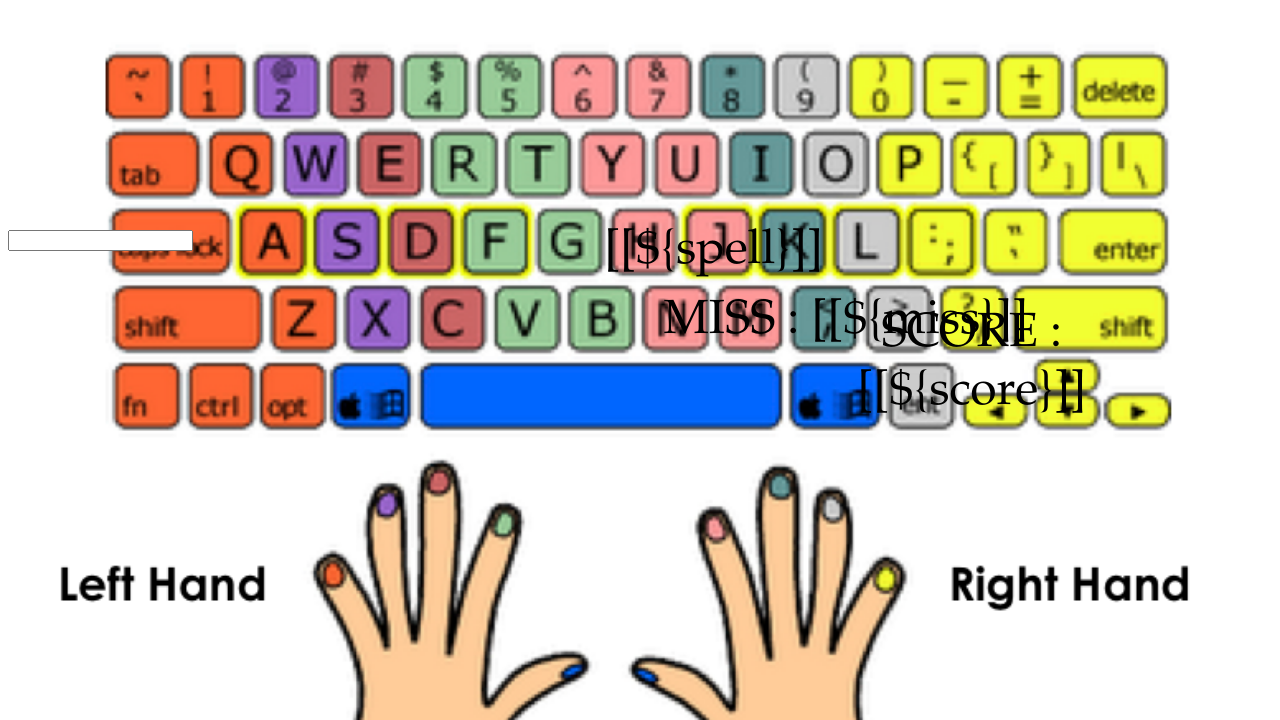
Repository: thaddeas01/typingskill
Page: src/main/resources/templates/single.html
The author's editor kept a copy of each file at every save. The page is drawn from the files as they stood at one save, then again after the next save.
The browser window is 1280 px wide. The pictures show the whole page.

Above is the page before, as saved 2023-01-14 00:42:06.
Console error: SyntaxError: Unexpected token '{'

After the next save:
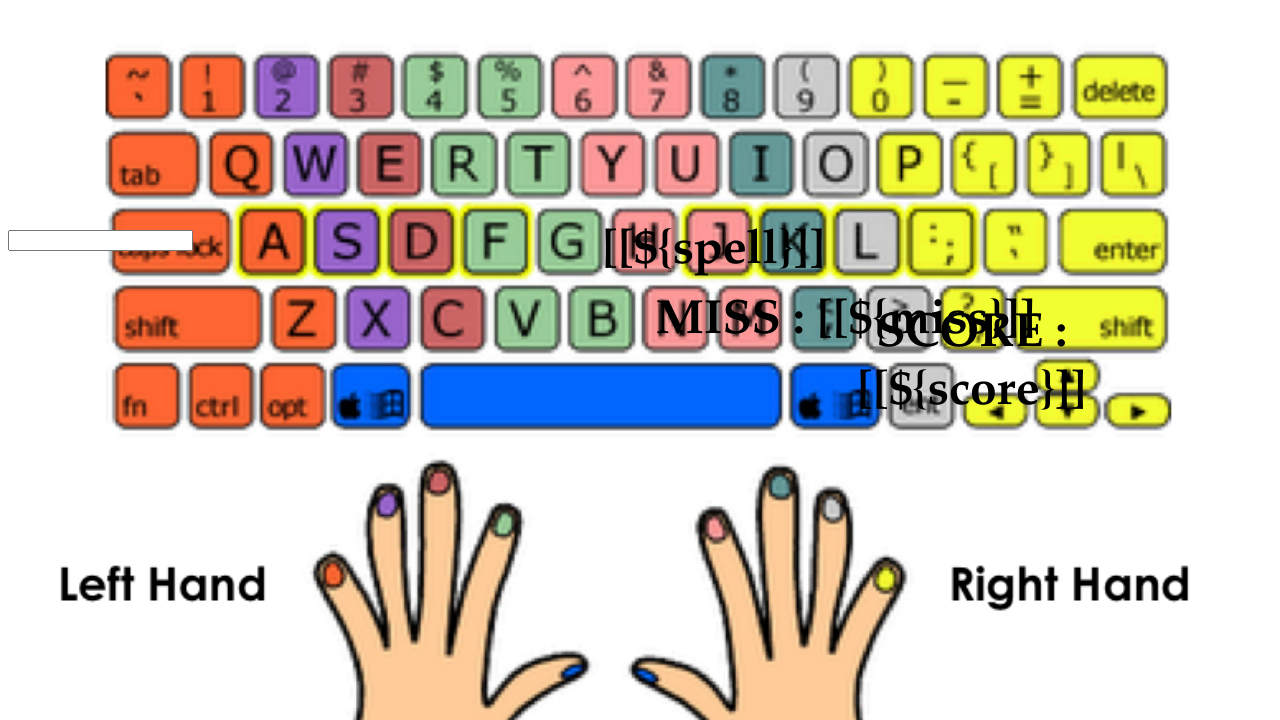
Saved 94 s later.
--- a/src/main/resources/templates/single.html
+++ b/src/main/resources/templates/single.html
@@ -5,9 +5,9 @@
 <body>
   <div id="app"></div>
 
-  <p class="word1"> [[${spell}]]</p>
-  <p class="word2"> MISS : [[${miss}]]</p>
-  <p class="word3"> SCORE : [[${score}]]</p>
+  <p class="word1"><b> [[${spell}]] </b></p>
+  <p class="word2"><b> MISS : [[${miss}]] </b></p>
+  <p class="word3"><b> SCORE : [[${score}]] </b></p>
   <form th:action="@{/hantei(prob=${spell},miss=${miss},score=${score})}" method="post">
     <input type="text" name="answer" id="firstinput">
   </form>
